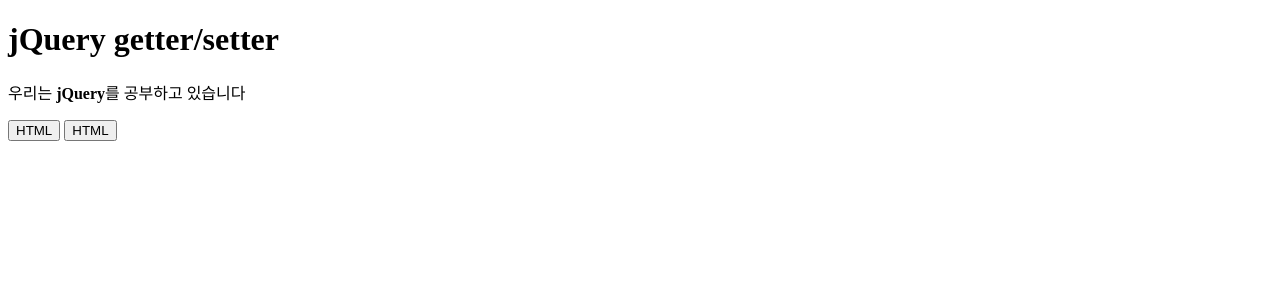
Repository: Dalso13/workspace
Page: workspace_web/chapter04_jQuery/WebContent/Ex08_jQyery_getset.html
An editor plug-in stored every save of this project. The page is shown before and after the next save, followed by the edit.
The browser window is 1280 px wide. The pictures show the whole page.
After loading, the first visible `#btn1` was clicked once.

Above is the page before, as saved 2023-05-16 06:43:47.

After the next save:
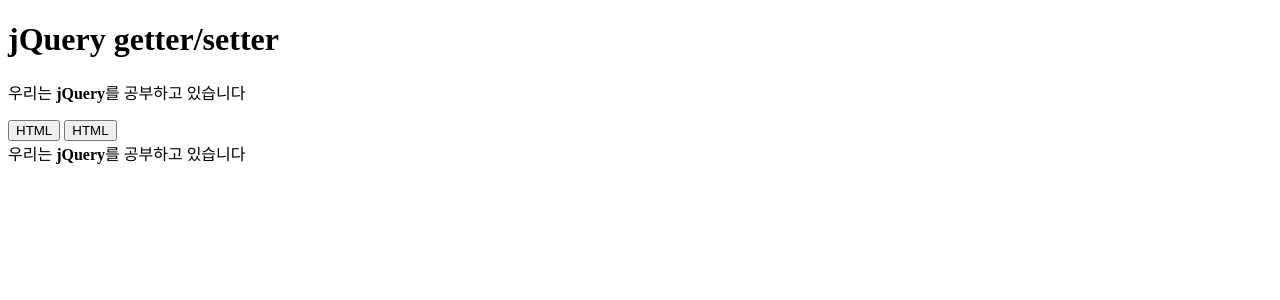
Saved 36 s later.
--- a/workspace_web/chapter04_jQuery/WebContent/Ex08_jQyery_getset.html
+++ b/workspace_web/chapter04_jQuery/WebContent/Ex08_jQyery_getset.html
@@ -14,7 +14,8 @@
 	<script type="text/javascript">
 		let msg;
 		$('#btn1').click(function() {
-
+			msg = $("p").html();
+			$("#output").html(msg);
 		})
 		$('#btn2').click(function() {
 
